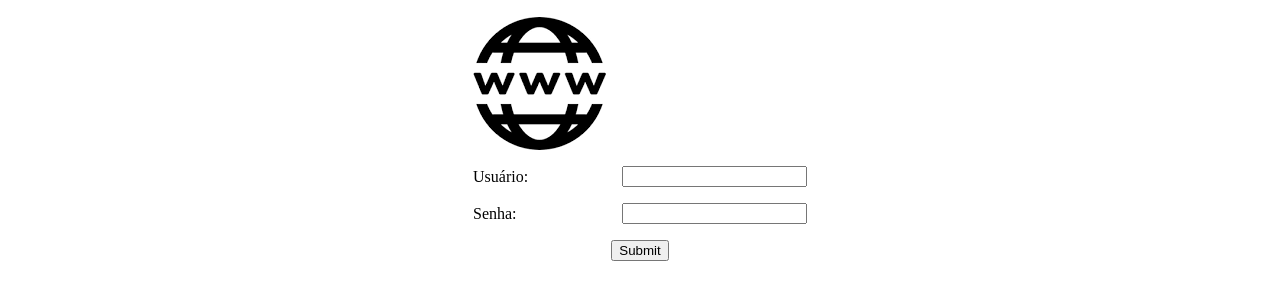
Repository: leonerdy-666/Estudos
Page: http://localhost/JavaWeb/Site.jsp
The author's editor kept a copy of each file at every save. The page is drawn from the files as they stood at one save, then again after the next save.
The browser window is 1280 px wide. The pictures show the whole page.
The page is served by Tomcat 9.

Above is the page before, as saved 2023-04-10 23:21:19.

### Udemy/Projeto/JavaWeb/src/main/webapp/Site.jsp
<%@ page language="java" contentType="text/html; charset=ISO-8859-1"
	pageEncoding="ISO-8859-1"%>
<!DOCTYPE html PUBLIC "-//W3C//DTD HTML 4.01 Transitional//EN" "http://www.w3.org/TR/html4/loose.dtd">
<html>
<head>
<meta http-equiv="Content-Type" content="text/html; charset=ISO-8859-1">
<title>Site</title>
</head>
<body>
	<form action="">
		<table cellpadding="7" align="center">

			<tr>
				<td><img src="imagens/logo.png"></td>
			</tr>

			<tr>
				<td>Usuário:</td>
				<td><input type="text" name="txtUsuario" /></td>
			</tr>
			<tr>
				<td>Senha:</td>
				<td><input type="text" name="txtSenha" /></td>
			</tr>
			<tr>
				<td colspan="2" align="center"><input type="submit"></td>
			</tr>
		</table>
	</form>
</body>
</html>

After the next save:
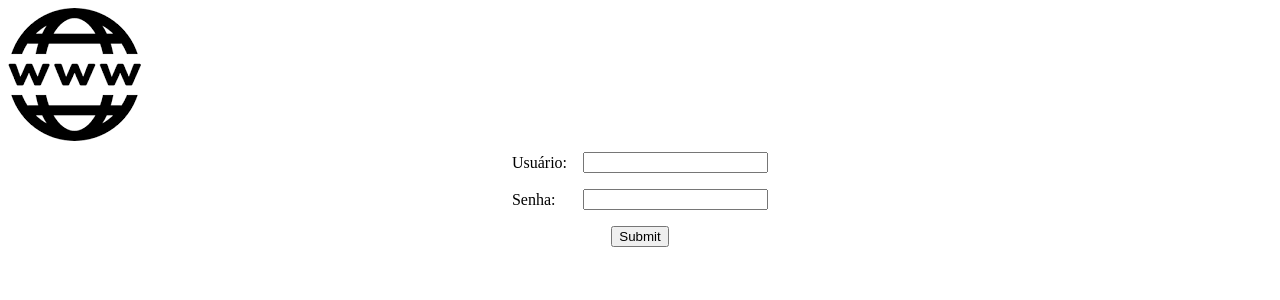
Saved 8 s later.
--- a/Udemy/Projeto/JavaWeb/src/main/webapp/Site.jsp
+++ b/Udemy/Projeto/JavaWeb/src/main/webapp/Site.jsp
@@ -11,7 +11,7 @@
 		<table cellpadding="7" align="center">
 
 			<tr>
-				<td><img src="imagens/logo.png"></td>
+				<img src="imagens/logo.png">
 			</tr>
 
 			<tr>

After the save that followed:
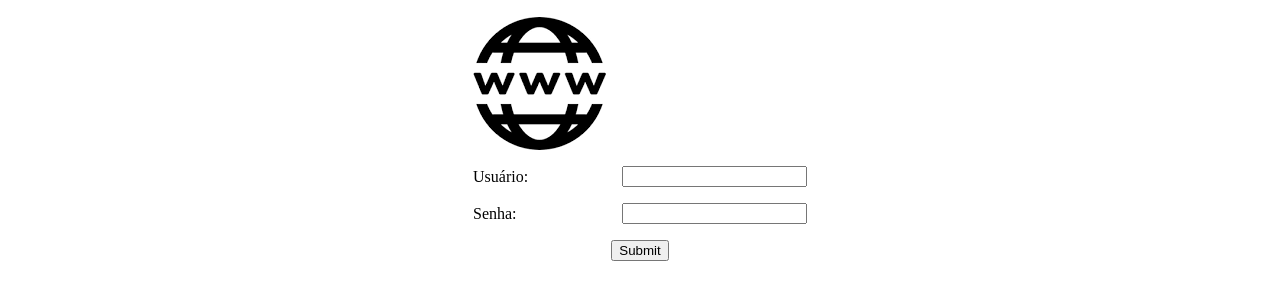
Saved 7 s later.
--- a/Udemy/Projeto/JavaWeb/src/main/webapp/Site.jsp
+++ b/Udemy/Projeto/JavaWeb/src/main/webapp/Site.jsp
@@ -11,7 +11,7 @@
 		<table cellpadding="7" align="center">
 
 			<tr>
-				<img src="imagens/logo.png">
+				<td><img src="imagens/logo.png"></td
 			</tr>
 
 			<tr>
